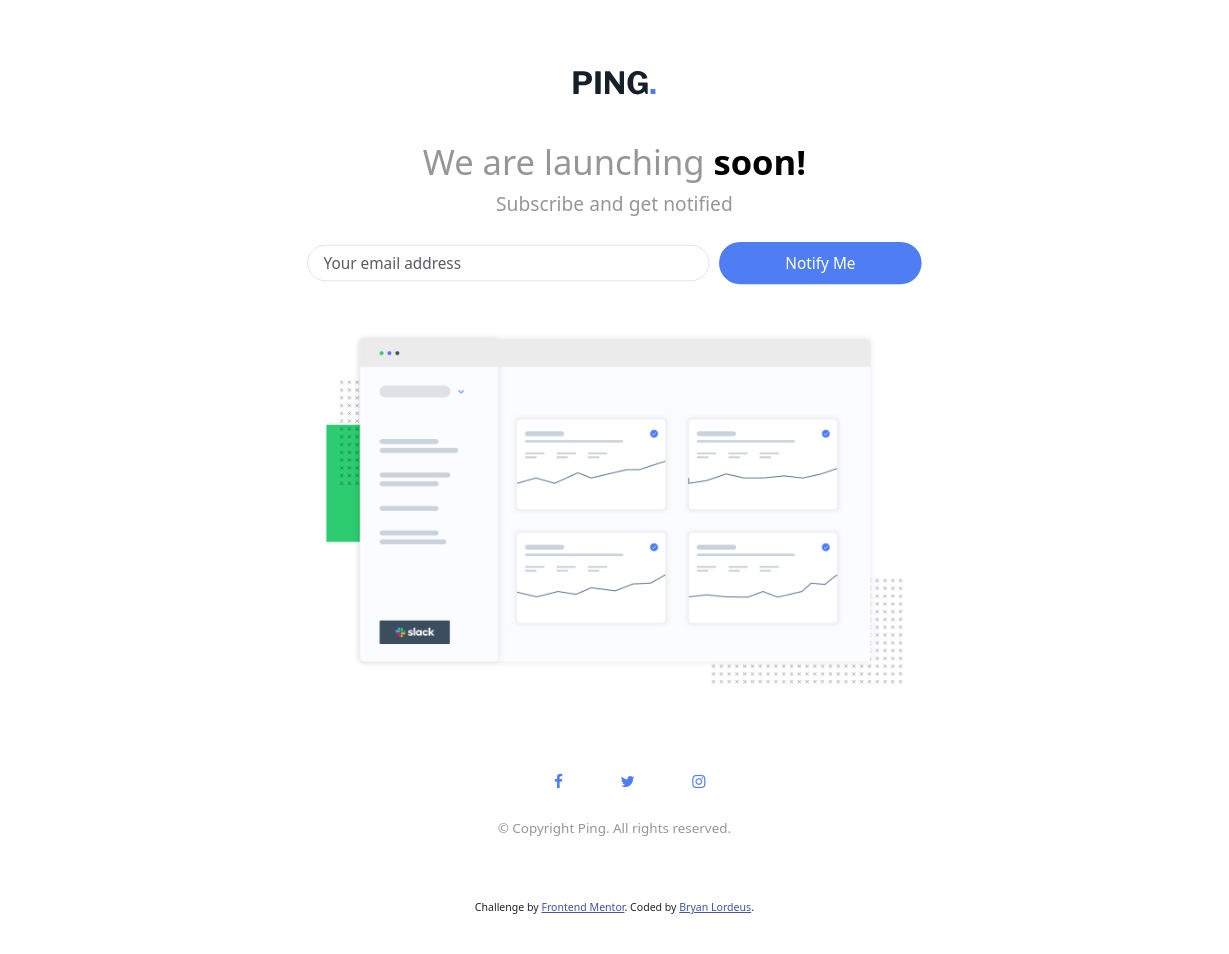
Repository: blordeus/ping-coming-soon-page-master
Page: index.html
The author's editor kept a copy of each file at every save. The page is drawn from the files as they stood at one save, then again after the next save.
The browser window is 1280 px wide. The pictures show the whole page, at 96% of full size.
The style sheet was rebuilt from its Sass, Less or Tailwind sources for each picture, by a compiler version that may differ from the author's.

Above is the page before, as saved 2023-08-31 15:12:35.

### index.html
<!DOCTYPE html>
<html lang="en">
<head>
  <meta charset="UTF-8">
  <meta name="viewport" content="width=device-width, initial-scale=1.0"> <!-- displays site properly based on user's device -->

  <link rel="icon" type="image/png" sizes="32x32" href="./images/favicon-32x32.png">
  <link rel="stylesheet" href="style.css">
  <link href="https://cdn.jsdelivr.net/npm/bootstrap@5.3.1/dist/css/bootstrap.min.css" rel="stylesheet" integrity="sha384-4bw+/aepP/YC94hEpVNVgiZdgIC5+VKNBQNGCHeKRQN+PtmoHDEXuppvnDJzQIu9" crossorigin="anonymous">
  <link rel="stylesheet" href="https://maxcdn.bootstrapcdn.com/font-awesome/4.7.0/css/font-awesome.min.css">

  <title>Frontend Mentor | Ping coming soon page</title>


</head>
<body>
  <main class="text-center my-4 mx-4">
    <header class="mb-5 mt-3 mt-md-5">
      <img  src="./images/logo.svg" alt="logo">
    </header>

    <section class="heading">
      <h1 class="gray-color">We are launching <strong class="text-black">soon!</strong></h1>
      <p class="mt-2 gray-color">Subscribe and get notified</p>
    </section>

    <form action="#" class="mt-4 needs-validation" novalidate>
        <input
        class="rounded-pill px-3 form-control"
        type="email"
        placeholder="Your email address"
        id="email"
        autocomplete="off"
        required
        />
        <div class="invalid-feedback">
          Please provide a valid email address
        </div>
        <button type="submit" class="rounded-pill text-white ">Notify Me</button>
      </form>

    <section class="showcase">
      <img src="./images/illustration-dashboard.png" alt="dashboard">
    </section>

    <div class="icons">
      <ul>
        <li><i class="fa fa-facebook" aria-hidden="true"></i></li>
        <li><i class="fa fa-twitter" aria-hidden="true"></i></li>
        <li><i class="fa fa-instagram" aria-hidden="true"></i></li>
      </ul>
    </div>

    <p class="gray-color copyright">&copy; Copyright Ping. All rights reserved.</p>

    <footer class="pt-5">
      <p class="attribution">
        Challenge by <a rel="noopener" href="https://www.frontendmentor.io?ref=challenge" target="_blank">Frontend Mentor</a>.
        Coded by <a href="#">Bryan Lordeus</a>.
      </p>
    </footer>
  </main>
  <script src="./main.js"></script>
  <script src="https://cdn.jsdelivr.net/npm/bootstrap@5.3.1/dist/js/bootstrap.bundle.min.js" integrity="sha384-HwwvtgBNo3bZJJLYd8oVXjrBZt8cqVSpeBNS5n7C8IVInixGAoxmnlMuBnhbgrkm" crossorigin="anonymous"></script>
</body>
</html>

### main.js
const form = document.querySelector('form');
const button = form.querySelector('[type="submit"]');
const msg = 'Please provide a valid email address';

const error = document.createElement('p');
error.classList.add('error_text');
error.textContent = msg;

function checkEmail (e) {
    e.preventDefault();
    const email = e.target.querySelector('[type="email"]').value;
    if(!validateEmail(email)){
        form.classList.add('error');
        form.insertBefore(error, button)
    } else {
        form.classList.remove('error');
        form.removeChild(error);
    }
    console.log(email);
}

function validateEmail(email) {
    const re = /^(([^<>()\[\]\\.,;:\s@"]+(\.[^<>()\[\]\\.,;:\s@"]+)*)|(".+"))@((\[[0-9]{1,3}\.[0-9]{1,3}\.[0-9]{1,3}\.[0-9]{1,3}])|(([a-zA-Z\-0-9]+\.)+[a-zA-Z]{2,}))$/.test(email);
    return re.test(String(email).toLowerCase());
}

form.addEventListener('submit', checkEmail);

// Example starter JavaScript for disabling form submissions if there are invalid fields
(() => {
  'use strict'

  // Fetch all the forms we want to apply custom Bootstrap validation styles to
  const forms = document.querySelectorAll('.needs-validation')

  // Loop over them and prevent submission
  Array.from(forms).forEach(form => {
    form.addEventListener('submit', event => {
      if (!form.checkValidity()) {
        event.preventDefault()
        event.stopPropagation()
      }

      form.classList.add('was-validated')
    }, false)
  })
})()

### style.scss
  @import url('https://fonts.googleapis.com/css2?family=Libre+Franklin:wght@300;600;700&display=swap');

:root {
    --very-dark-blue: hsl(209, 33%, 12%);
    --dark-gray: hsl(0, 0%, 59%);
    --blue: hsl(223, 87%, 63%);
    --light-red: hsl(354, 100%, 66%);
    --pale-blue: hsl(223, 100%, 88%);
}

* {
    box-sizing: border-box;
    margin: 0;
    padding: 0;
}

body {
    font-size: 20px;
    font-family: 'Libre Franklin', sans-serif;
    min-height: 100vh;
    display: flex;
    flex-direction: column;
    justify-content: center;
    align-items: center;
}

img {
    max-width: 100%;
}

ul {
    list-style: none;
}

.heading h1 {
    font-weight: 300;
}

.heading h1 strong {
    font-weight: 700;
}

.heading p {
    font-size: 20px;
    color: var(--dark-gray);
    font-weight: 300;
}

form {
    width: 300px;
    margin: auto;
    display: flex;
    flex-direction: column;
    align-items: center;
    justify-content: center;
    gap: 12px;
    position: relative;
}

form.error input {
    border: 2px solid var(--light-red);
}

form.error .error-text {
    position: absolute;
    top: 100%;
    font-size: .95rem;
    margin-top: 10px;
    color: var(--light-red);
    font-weight: 500;
    font-style: italic;
}

.invalid-feedback {
    color: var(--light-red);
    font-weight: 400;
    font-style: italic;
    transform: translateY(-10px);
    font-family: inherit;
}

form input {
    width: 100%;
    padding: 8px;
    font-family: inherit;
    font-size: 14px;
    color: var(--blue);
    border: 1px solid var(--blue);
    outline: none;
}

form input::placeholder {
    color: var(--blue);
}

button {
    width: 100%;
    padding: 8px;
    background-color: var(--blue);
    font-family: inherit;
    border: 2px solid var(--blue);
    transition: background-color 0.4s;
    box-shadow: 0px 0px 20px --blue;
}

button:hover {
    cursor: pointer;
    opacity: 0.7;
}

.gray-color {
    color: var(--dark-gray);
}

.showcase {
    padding: 50px 20px 80px;
}

.icons img {
    width: 30px;
    margin: 0 5px;
}

.icons ul {
    display: flex;
    justify-content: center;
    align-items: center;
}

.icons ul li {
    margin: 0 20px;
    color: var(--blue);
    padding: 10px;
}

.icons ul li:hover {
    border-radius: 50%;
    background-color: var(--blue);
    color: white;
}

.copyright {
    font-size: 14px;
}

  .attribution { font-size: 11px; text-align: center; }
  .attribution a { color: hsl(228, 45%, 44%); }

  @media only screen and (min-width: 700px) {
    .heading h1 {
        font-size: 36px;
    }

    form {
        flex-direction: row;
        width: auto;
        gap: 10px;
    }

    button {
        width: 50%;
        margin-left: 20px;
    }

    .showcase img {
        width: 600px;
    }
  }

After the next save:
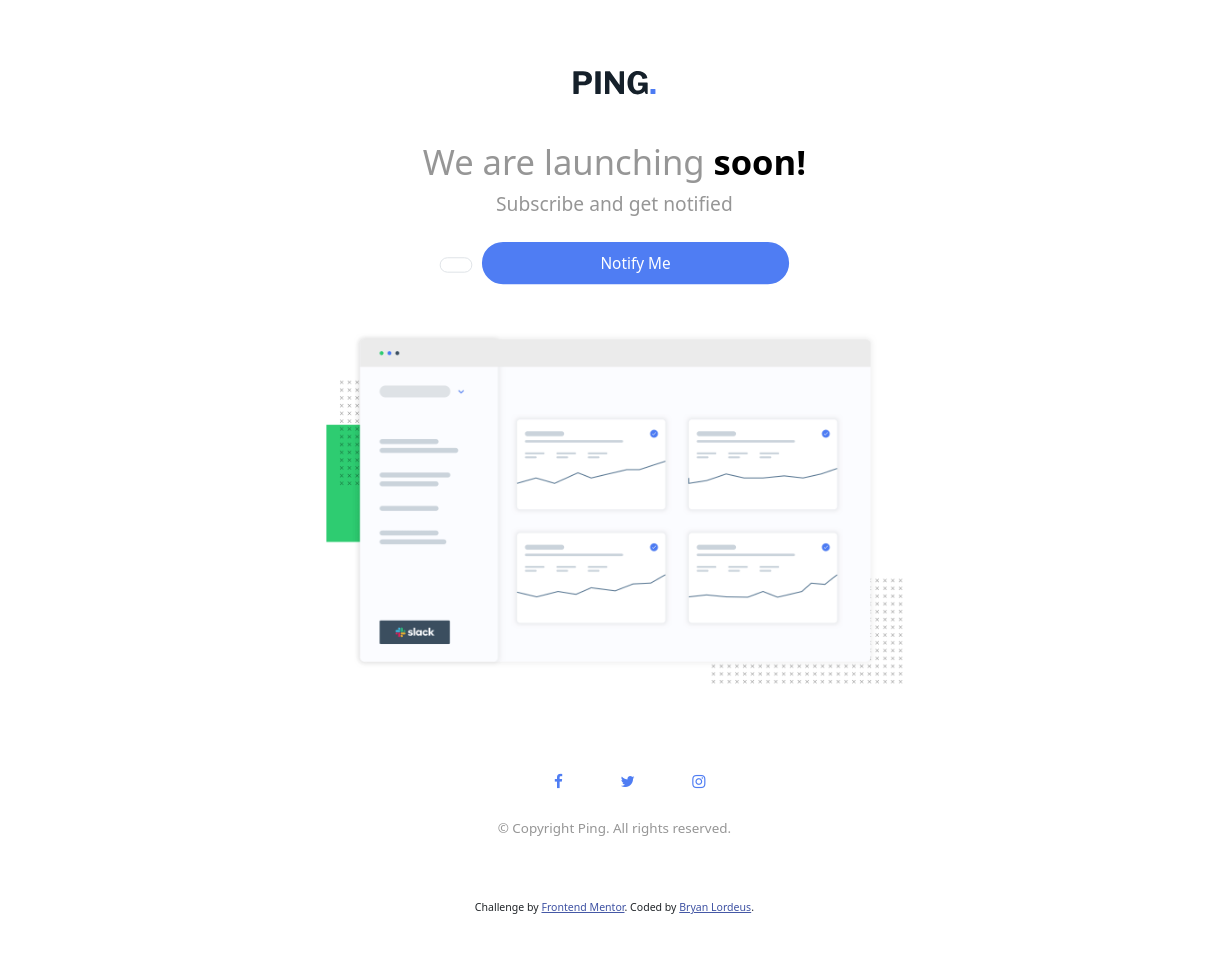
Saved 30 s later.
--- a/index.html
+++ b/index.html
@@ -26,7 +26,7 @@
 
     <form action="#" class="mt-4 needs-validation" novalidate>
         <input
-        class="rounded-pill px-3 form-control"
+        class="rounded-pill px-3 form-control form-check-input"
         type="email"
         placeholder="Your email address"
         id="email"

After the save that followed:
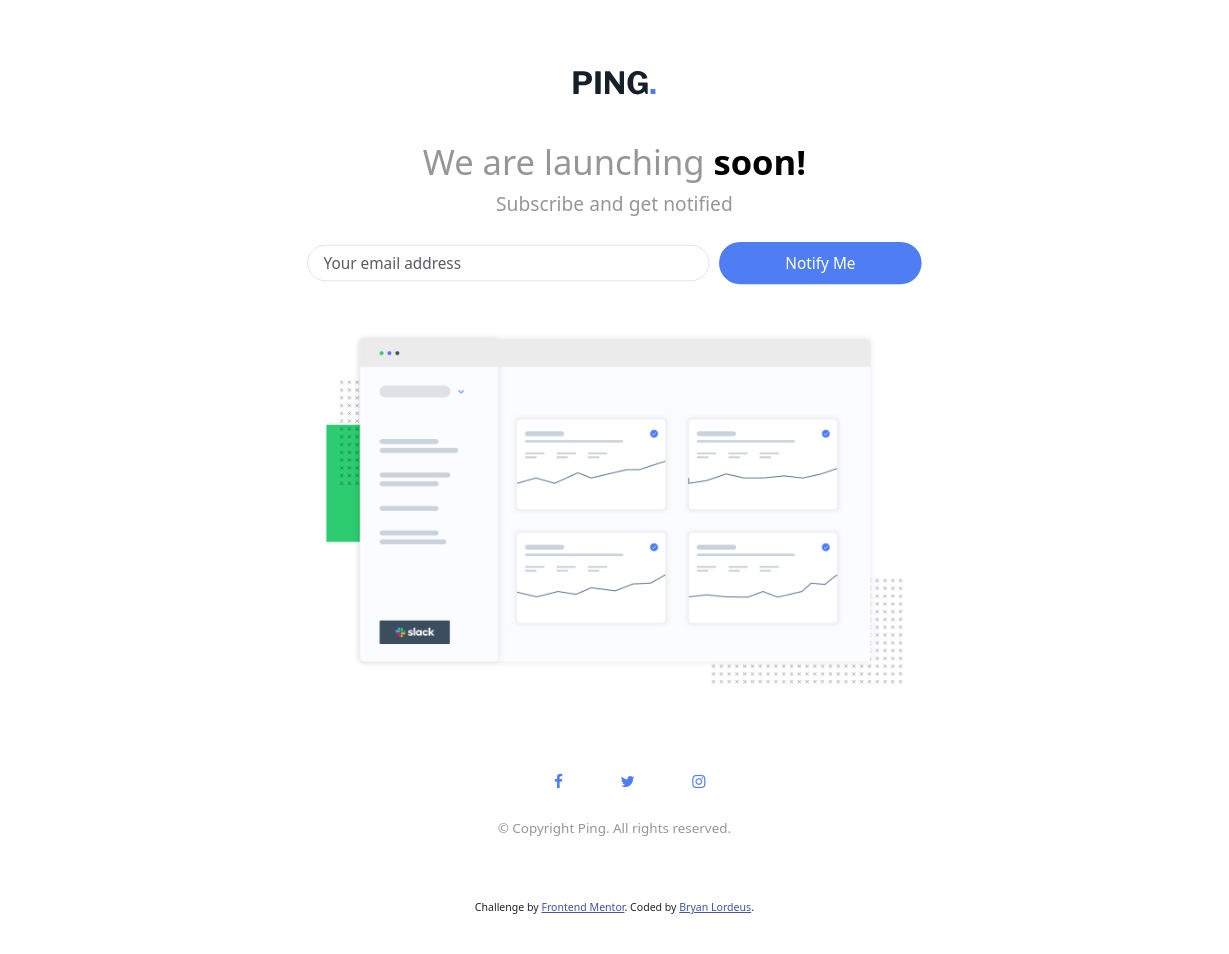
Saved 7 s later.
--- a/index.html
+++ b/index.html
@@ -26,7 +26,7 @@
 
     <form action="#" class="mt-4 needs-validation" novalidate>
         <input
-        class="rounded-pill px-3 form-control form-check-input"
+        class="rounded-pill px-3 form-control"
         type="email"
         placeholder="Your email address"
         id="email"
